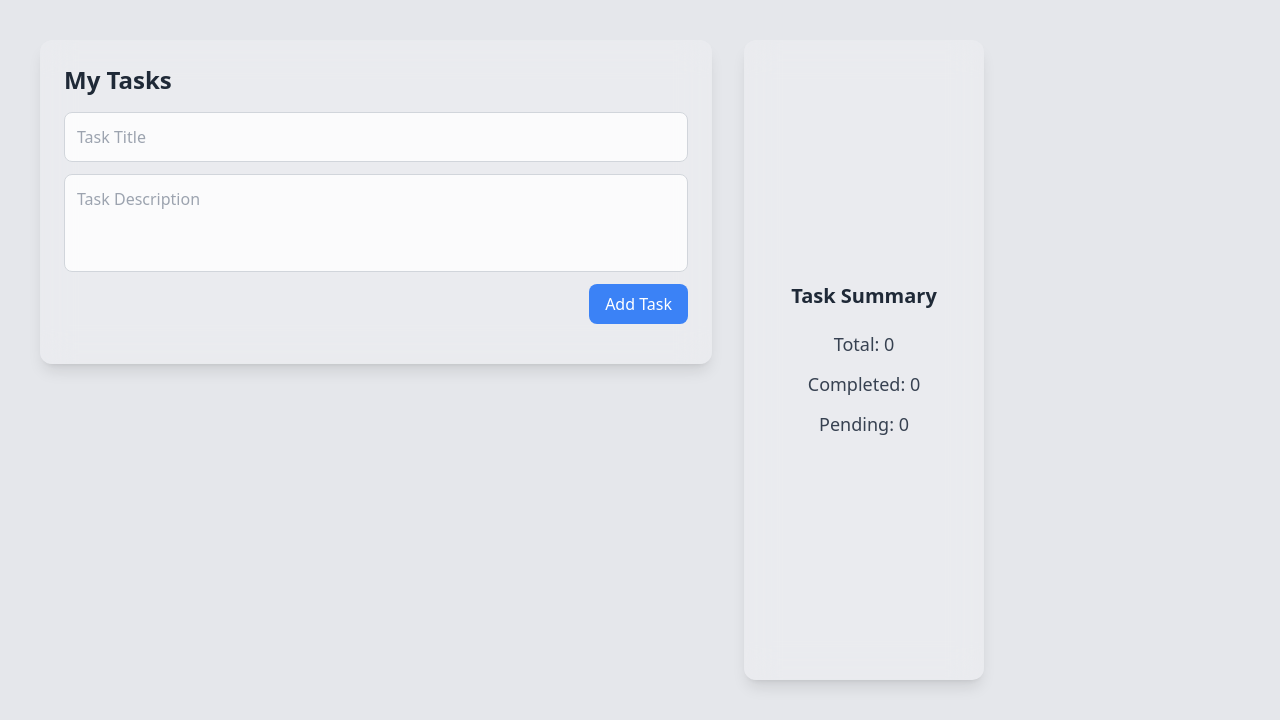
Repository: Meenakshi-commits/mern-task-manager
Page: / (app in client/)
An editor plug-in stored every save of this project. The page is shown before and after the next save, followed by the edit.
The browser window is 1280 px wide. The pictures show the whole page.
The page's requests for data from a server got no answer. The project was rebuilt for these pictures with package versions that can differ from the ones it lists, and the page was loaded fresh each time. No one was signed in, and anything a server would have sent is missing. Also part of the build but not shown: client/vite.config.js, client/src/components/TaskItem.jsx, client/src/taskAnimations.css.

Above is the page before, as saved 2026-01-08 13:05:09.

After the next save:
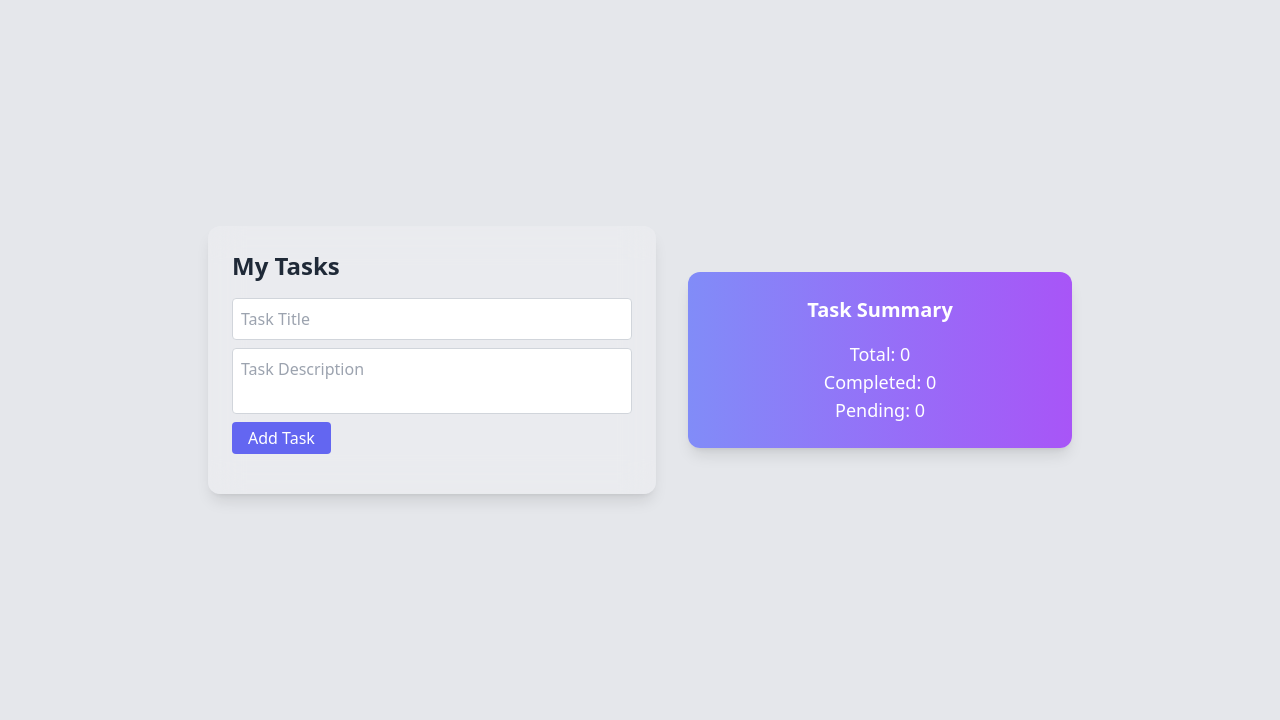
Saved 52 s later.
--- a/client/src/App.jsx
+++ b/client/src/App.jsx
@@ -1,20 +1,20 @@
 // src/App.jsx
 import React, { useState, useEffect } from "react";
-import axios from "./services/api"; // your axios instance
+import axios from "./services/api"; // make sure your axios instance is in /services/api.js
 import TaskList from "./components/TaskList";
 
 export default function App() {
   const [tasks, setTasks] = useState([]);
-  const [title, setTitle] = useState("");
+  const [newTask, setNewTask] = useState("");
   const [description, setDescription] = useState("");
 
   // Fetch tasks from backend
   const fetchTasks = async () => {
     try {
-      const { data } = await axios.get("/tasks");
-      setTasks(data);
-    } catch (error) {
-      console.error(error);
+      const res = await axios.get("/tasks");
+      setTasks(res.data);
+    } catch (err) {
+      console.error(err);
     }
   };
 
@@ -24,14 +24,14 @@ export default function App() {
 
   // Add task
   const addTask = async () => {
-    if (!title.trim()) return;
+    if (!newTask.trim()) return;
     try {
-      await axios.post("/tasks", { title, description });
-      setTitle("");
+      await axios.post("/tasks", { title: newTask, description, completed: false });
+      setNewTask("");
       setDescription("");
       fetchTasks();
-    } catch (error) {
-      console.error(error);
+    } catch (err) {
+      console.error(err);
     }
   };
 
@@ -40,51 +40,52 @@ export default function App() {
     try {
       await axios.delete(`/tasks/${id}`);
       fetchTasks();
-    } catch (error) {
-      console.error(error);
+    } catch (err) {
+      console.error(err);
     }
   };
 
-  // Toggle completed
-  const toggleCompleted = async (id) => {
-    const task = tasks.find((t) => t._id === id);
+  // Update task completion
+  const toggleComplete = async (task) => {
     try {
-      await axios.put(`/tasks/${id}`, { completed: !task.completed });
+      await axios.put(`/tasks/${task._id}`, { ...task, completed: !task.completed });
       fetchTasks();
-    } catch (error) {
-      console.error(error);
+    } catch (err) {
+      console.error(err);
     }
   };
 
-  // Task summary
-  const total = tasks.length;
-  const completed = tasks.filter((t) => t.completed).length;
-  const pending = total - completed;
+  // Task counts
+  const totalTasks = tasks.length;
+  const completedTasks = tasks.filter((t) => t.completed).length;
+  const pendingTasks = totalTasks - completedTasks;
 
   return (
-    <div className="min-h-screen bg-gray-200 flex p-10 gap-8">
-      {/* Left - Task Box */}
-      <div className="flex-1 max-w-2xl space-y-6">
-        <div className="bg-white/20 backdrop-blur-lg p-6 rounded-xl shadow-lg">
-          <h1 className="text-2xl font-bold mb-4 text-gray-800">My Tasks</h1>
-          <div className="flex flex-col space-y-3 mb-4">
+    <div className="min-h-screen flex flex-col items-center justify-center bg-gray-200 font-sans">
+      <div className="flex flex-col md:flex-row gap-8 items-center justify-center w-full max-w-6xl px-4">
+        {/* Left Box - Task List */}
+        <div className="flex-1 bg-white/20 backdrop-blur-lg p-6 rounded-xl shadow-lg max-w-md w-full">
+          <h2 className="text-2xl font-semibold mb-4 text-gray-800">My Tasks</h2>
+
+          {/* Add Task */}
+          <div className="flex flex-col gap-2 mb-4">
             <input
               type="text"
               placeholder="Task Title"
-              value={title}
-              onChange={(e) => setTitle(e.target.value)}
-              className="p-3 rounded-lg border border-gray-300 focus:outline-none focus:ring-2 focus:ring-blue-400 bg-white/80"
+              value={newTask}
+              onChange={(e) => setNewTask(e.target.value)}
+              className="p-2 rounded border border-gray-300 focus:outline-none focus:ring-2 focus:ring-indigo-400"
             />
             <textarea
               placeholder="Task Description"
               value={description}
               onChange={(e) => setDescription(e.target.value)}
-              className="p-3 rounded-lg border border-gray-300 focus:outline-none focus:ring-2 focus:ring-blue-400 bg-white/80 resize-none"
-              rows={3}
-            />
+              className="p-2 rounded border border-gray-300 focus:outline-none focus:ring-2 focus:ring-indigo-400 resize-none"
+              rows={2}
+            ></textarea>
             <button
               onClick={addTask}
-              className="self-end px-4 py-2 bg-blue-500 text-white rounded-lg hover:bg-blue-600 transition-all"
+              className="self-start bg-indigo-500 hover:bg-indigo-600 text-white px-4 py-1 rounded transition-all duration-300"
             >
               Add Task
             </button>
@@ -93,19 +94,17 @@ export default function App() {
           {/* Task List */}
           <TaskList
             tasks={tasks}
-            onDelete={deleteTask}
-            onToggleCompleted={toggleCompleted}
+            deleteTask={deleteTask}
+            toggleComplete={toggleComplete}
           />
         </div>
-      </div>
 
-      {/* Right - Summary Box */}
-      <div className="w-60 flex items-center justify-center bg-white/20 backdrop-blur-lg p-6 rounded-xl shadow-lg">
-        <div className="flex flex-col items-center space-y-3 text-gray-700 font-medium text-lg">
-          <h2 className="text-xl font-bold text-gray-800 mb-2">Task Summary</h2>
-          <div>Total: {total}</div>
-          <div>Completed: {completed}</div>
-          <div>Pending: {pending}</div>
+        {/* Right Box - Summary Card */}
+        <div className="flex-1 max-w-sm w-full bg-gradient-to-r from-indigo-400 to-purple-500 p-6 rounded-xl shadow-lg text-white flex flex-col justify-center items-center">
+          <h2 className="text-xl font-semibold mb-4">Task Summary</h2>
+          <p className="text-lg">Total: {totalTasks}</p>
+          <p className="text-lg">Completed: {completedTasks}</p>
+          <p className="text-lg">Pending: {pendingTasks}</p>
         </div>
       </div>
     </div>
